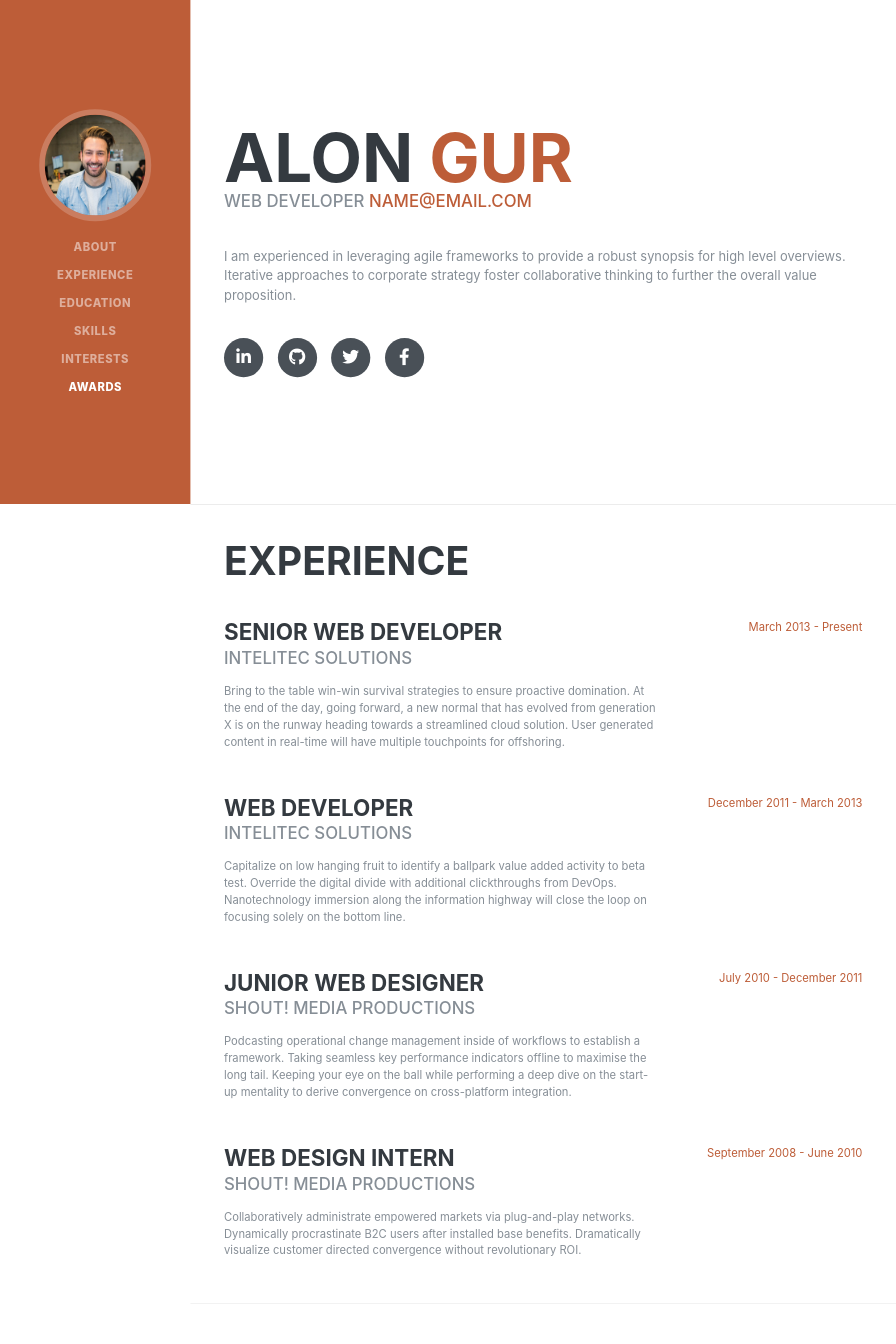
Repository: AlonGur/resume
Page: index.html
These files come from the project's save history. The page is drawn as it stood at one moment and after the next save; the edit follows.
The browser window is 1280 px wide. The pictures show the part of the page from y = 0 to 1920 px (the page is 4746 px tall), at 70% of full size.
Some web fonts or font styles are not loaded; a fallback is used.

Above is the page before, as saved 2019-06-07 15:31:38.

### index.html
<!DOCTYPE html>
<html lang="en">

<head>

  <meta charset="utf-8">
  <meta name="viewport" content="width=device-width, initial-scale=1, shrink-to-fit=no">
  <meta name="description" content="">
  <meta name="author" content="">

  <title>Resume - Start Bootstrap Theme</title>

  <!-- Bootstrap core CSS -->
  <link href="vendor/bootstrap/css/bootstrap.min.css" rel="stylesheet">

  <!-- Custom fonts for this template -->
  <link href="https://fonts.googleapis.com/css?family=Saira+Extra+Condensed:500,700" rel="stylesheet">
  <link href="https://fonts.googleapis.com/css?family=Muli:400,400i,800,800i" rel="stylesheet">
  <link href="vendor/fontawesome-free/css/all.min.css" rel="stylesheet">

  <!-- Custom styles for this template -->
  <link href="css/resume.min.css" rel="stylesheet">

</head>

<body id="page-top">

  <nav class="navbar navbar-expand-lg navbar-dark bg-primary fixed-top" id="sideNav">
    <a class="navbar-brand js-scroll-trigger" href="#page-top">
      <span class="d-block d-lg-none">Alon Gur</span>
      <span class="d-none d-lg-block">
        <img class="img-fluid img-profile rounded-circle mx-auto mb-2" src="img/profile.jpg" alt="">
      </span>
    </a>
    <button class="navbar-toggler" type="button" data-toggle="collapse" data-target="#navbarSupportedContent" aria-controls="navbarSupportedContent" aria-expanded="false" aria-label="Toggle navigation">
      <span class="navbar-toggler-icon"></span>
    </button>
    <div class="collapse navbar-collapse" id="navbarSupportedContent">
      <ul class="navbar-nav">
        <li class="nav-item">
          <a class="nav-link js-scroll-trigger" href="#about">About</a>
        </li>
        <li class="nav-item">
          <a class="nav-link js-scroll-trigger" href="#experience">Experience</a>
        </li>
        <li class="nav-item">
          <a class="nav-link js-scroll-trigger" href="#education">Education</a>
        </li>
        <li class="nav-item">
          <a class="nav-link js-scroll-trigger" href="#skills">Skills</a>
        </li>
        <li class="nav-item">
          <a class="nav-link js-scroll-trigger" href="#interests">Interests</a>
        </li>
        <li class="nav-item">
          <a class="nav-link js-scroll-trigger" href="#awards">Awards</a>
        </li>
      </ul>
    </div>
  </nav>

  <div class="container-fluid p-0">

    <section class="resume-section p-3 p-lg-5 d-flex align-items-center" id="about">
      <div class="w-100">
        <h1 class="mb-0">Alon
          <span class="text-primary">Gur</span>
        </h1>
        <div class="subheading mb-5">Web Developer
          <a href="mailto:name@email.com">name@email.com</a>
        </div>
        <p class="lead mb-5">I am experienced in leveraging agile frameworks to provide a robust synopsis for high level overviews. Iterative approaches to corporate strategy foster collaborative thinking to further the overall value proposition.</p>
        <div class="social-icons">
          <a href="#">
            <i class="fab fa-linkedin-in"></i>
          </a>
          <a href="#">
            <i class="fab fa-github"></i>
          </a>
          <a href="#">
            <i class="fab fa-twitter"></i>
          </a>
          <a href="#">
            <i class="fab fa-facebook-f"></i>
          </a>
        </div>
      </div>
    </section>

    <hr class="m-0">

    <section class="resume-section p-3 p-lg-5 d-flex justify-content-center" id="experience">
      <div class="w-100">
        <h2 class="mb-5">Experience</h2>

        <div class="resume-item d-flex flex-column flex-md-row justify-content-between mb-5">
          <div class="resume-content">
            <h3 class="mb-0">Senior Web Developer</h3>
            <div class="subheading mb-3">Intelitec Solutions</div>
            <p>Bring to the table win-win survival strategies to ensure proactive domination. At the end of the day, going forward, a new normal that has evolved from generation X is on the runway heading towards a streamlined cloud solution. User generated content in real-time will have multiple touchpoints for offshoring.</p>
          </div>
          <div class="resume-date text-md-right">
            <span class="text-primary">March 2013 - Present</span>
          </div>
        </div>

        <div class="resume-item d-flex flex-column flex-md-row justify-content-between mb-5">
          <div class="resume-content">
            <h3 class="mb-0">Web Developer</h3>
            <div class="subheading mb-3">Intelitec Solutions</div>
            <p>Capitalize on low hanging fruit to identify a ballpark value added activity to beta test. Override the digital divide with additional clickthroughs from DevOps. Nanotechnology immersion along the information highway will close the loop on focusing solely on the bottom line.</p>
          </div>
          <div class="resume-date text-md-right">
            <span class="text-primary">December 2011 - March 2013</span>
          </div>
        </div>

        <div class="resume-item d-flex flex-column flex-md-row justify-content-between mb-5">
          <div class="resume-content">
            <h3 class="mb-0">Junior Web Designer</h3>
            <div class="subheading mb-3">Shout! Media Productions</div>
            <p>Podcasting operational change management inside of workflows to establish a framework. Taking seamless key performance indicators offline to maximise the long tail. Keeping your eye on the ball while performing a deep dive on the start-up mentality to derive convergence on cross-platform integration.</p>
          </div>
          <div class="resume-date text-md-right">
            <span class="text-primary">July 2010 - December 2011</span>
          </div>
        </div>

        <div class="resume-item d-flex flex-column flex-md-row justify-content-between">
          <div class="resume-content">
            <h3 class="mb-0">Web Design Intern</h3>
            <div class="subheading mb-3">Shout! Media Productions</div>
            <p>Collaboratively administrate empowered markets via plug-and-play networks. Dynamically procrastinate B2C users after installed base benefits. Dramatically visualize customer directed convergence without revolutionary ROI.</p>
          </div>
          <div class="resume-date text-md-right">
            <span class="text-primary">September 2008 - June 2010</span>
          </div>
        </div>

      </div>

    </section>

    <hr class="m-0">

    <section class="resume-section p-3 p-lg-5 d-flex align-items-center" id="education">
      <div class="w-100">
        <h2 class="mb-5">Education</h2>

        <div class="resume-item d-flex flex-column flex-md-row justify-content-between mb-5">
          <div class="resume-content">
            <h3 class="mb-0">University of Colorado Boulder</h3>
            <div class="subheading mb-3">Bachelor of Science</div>
            <div>Computer Science - Web Development Track</div>
            <p>GPA: 3.23</p>
          </div>
          <div class="resume-date text-md-right">
            <span class="text-primary">August 2006 - May 2010</span>
          </div>
        </div>

        <div class="resume-item d-flex flex-column flex-md-row justify-content-between">
          <div class="resume-content">
            <h3 class="mb-0">James Buchanan High School</h3>
            <div class="subheading mb-3">Technology Magnet Program</div>
            <p>GPA: 3.56</p>
          </div>
          <div class="resume-date text-md-right">
            <span class="text-primary">August 2002 - May 2006</span>
          </div>
        </div>

      </div>
    </section>

    <hr class="m-0">

    <section class="resume-section p-3 p-lg-5 d-flex align-items-center" id="skills">
      <div class="w-100">
        <h2 class="mb-5">Skills</h2>

        <div class="subheading mb-3">Programming Languages &amp; Tools</div>
        <ul class="list-inline dev-icons">
          <li class="list-inline-item">
            <i class="fab fa-html5"></i>
          </li>
          <li class="list-inline-item">
            <i class="fab fa-css3-alt"></i>
          </li>
          <li class="list-inline-item">
            <i class="fab fa-js-square"></i>
          </li>
          <li class="list-inline-item">
            <i class="fab fa-angular"></i>
          </li>
          <li class="list-inline-item">
            <i class="fab fa-react"></i>
          </li>
          <li class="list-inline-item">
            <i class="fab fa-node-js"></i>
          </li>
          <li class="list-inline-item">
            <i class="fab fa-sass"></i>
          </li>
          <li class="list-inline-item">
            <i class="fab fa-less"></i>
          </li>
          <li class="list-inline-item">
            <i class="fab fa-wordpress"></i>
          </li>
          <li class="list-inline-item">
            <i class="fab fa-gulp"></i>
          </li>
          <li class="list-inline-item">
            <i class="fab fa-grunt"></i>
          </li>
          <li class="list-inline-item">
            <i class="fab fa-npm"></i>
          </li>
        </ul>

        <div class="subheading mb-3">Workflow</div>
        <ul class="fa-ul mb-0">
          <li>
            <i class="fa-li fa fa-check"></i>
            Mobile-First, Responsive Design</li>
          <li>
            <i class="fa-li fa fa-check"></i>
            Cross Browser Testing &amp; Debugging</li>
          <li>
            <i class="fa-li fa fa-check"></i>
            Cross Functional Teams</li>
          <li>
            <i class="fa-li fa fa-check"></i>
            Agile Development &amp; Scrum</li>
        </ul>
      </div>
    </section>

    <hr class="m-0">

    <section class="resume-section p-3 p-lg-5 d-flex align-items-center" id="interests">
      <div class="w-100">
        <h2 class="mb-5">Interests</h2>
        <p>Apart from being a web developer, I enjoy most of my time being outdoors. In the winter, I am an avid skier and novice ice climber. During the warmer months here in Colorado, I enjoy mountain biking, free climbing, and kayaking.</p>
        <p class="mb-0">When forced indoors, I follow a number of sci-fi and fantasy genre movies and television shows, I am an aspiring chef, and I spend a large amount of my free time exploring the latest technology advancements in the front-end web development world.</p>
      </div>
    </section>

    <hr class="m-0">

    <section class="resume-section p-3 p-lg-5 d-flex align-items-center" id="awards">
      <div class="w-100">
        <h2 class="mb-5">Awards &amp; Certifications</h2>
        <ul class="fa-ul mb-0">
          <li>
            <i class="fa-li fa fa-trophy text-warning"></i>
            Google Analytics Certified Developer</li>
          <li>
            <i class="fa-li fa fa-trophy text-warning"></i>
            Mobile Web Specialist - Google Certification</li>
          <li>
            <i class="fa-li fa fa-trophy text-warning"></i>
            1<sup>st</sup>
            Place - University of Colorado Boulder - Emerging Tech Competition 2009</li>
          <li>
            <i class="fa-li fa fa-trophy text-warning"></i>
            1<sup>st</sup>
            Place - University of Colorado Boulder - Adobe Creative Jam 2008 (UI Design Category)</li>
          <li>
            <i class="fa-li fa fa-trophy text-warning"></i>
            2<sup>nd</sup>
            Place - University of Colorado Boulder - Emerging Tech Competition 2008</li>
          <li>
            <i class="fa-li fa fa-trophy text-warning"></i>
            1<sup>st</sup>
            Place - James Buchanan High School - Hackathon 2006</li>
          <li>
            <i class="fa-li fa fa-trophy text-warning"></i>
            3<sup>rd</sup>
            Place - James Buchanan High School - Hackathon 2005</li>
        </ul>
      </div>
    </section>

  </div>

  <!-- Bootstrap core JavaScript -->
  <script src="vendor/jquery/jquery.min.js"></script>
  <script src="vendor/bootstrap/js/bootstrap.bundle.min.js"></script>

  <!-- Plugin JavaScript -->
  <script src="vendor/jquery-easing/jquery.easing.min.js"></script>

  <!-- Custom scripts for this template -->
  <script src="js/resume.min.js"></script>

</body>

</html>

Loaded but not shown: vendor/bootstrap/css/bootstrap.min.css (library); vendor/fontawesome-free/css/all.min.css (library); css/resume.min.css (library); vendor/jquery/jquery.min.js (library); vendor/bootstrap/js/bootstrap.bundle.min.js (library); vendor/jquery-easing/jquery.easing.min.js (common file); js/resume.min.js (common file)

After the next save:
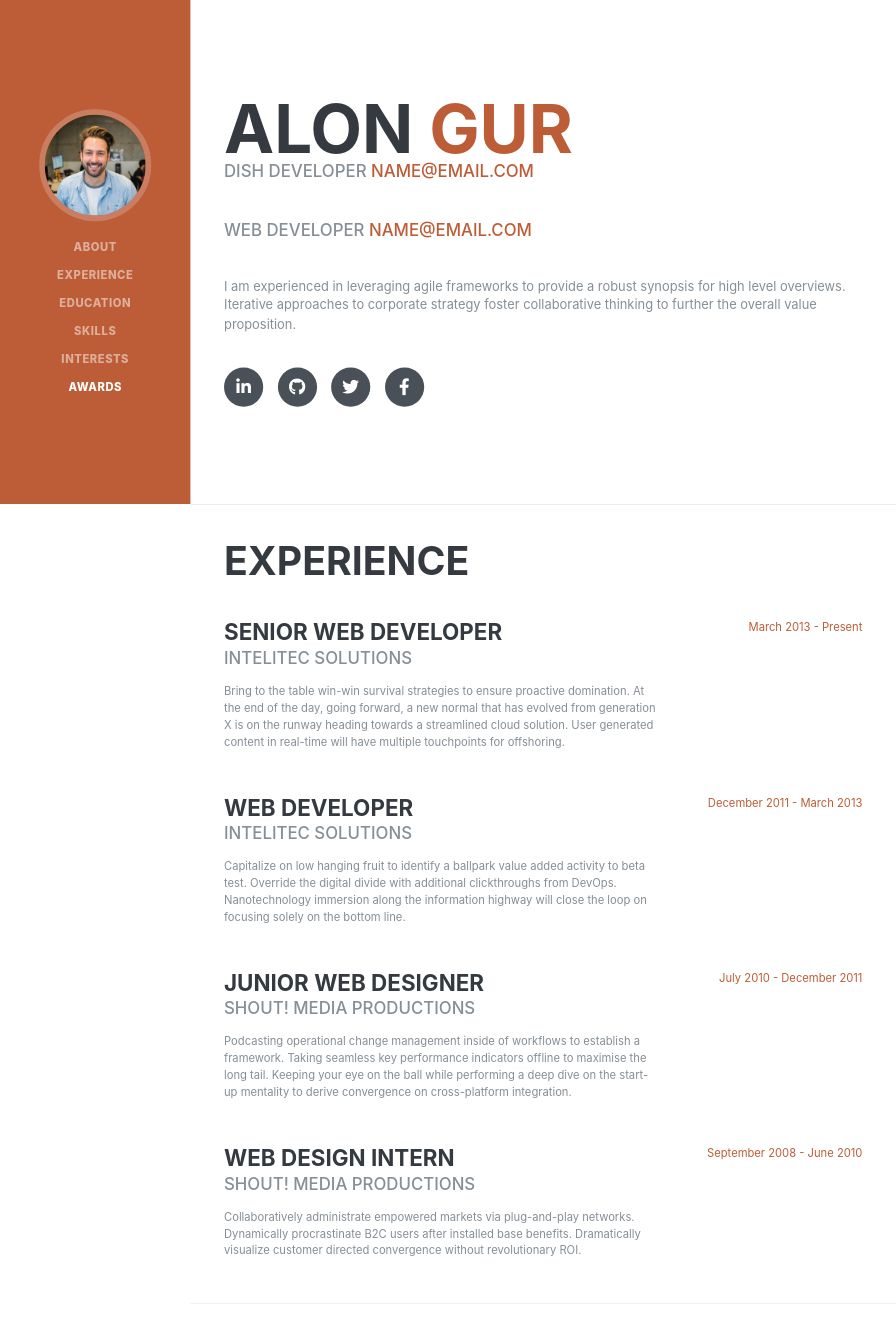
Saved 67 s later.
--- a/index.html
+++ b/index.html
@@ -66,6 +66,9 @@
         <h1 class="mb-0">Alon
           <span class="text-primary">Gur</span>
         </h1>
+        <div class="subheading mb-5">Dish Developer
+          <a href="mailto:name@email.com">name@email.com</a>
+        </div>
         <div class="subheading mb-5">Web Developer
           <a href="mailto:name@email.com">name@email.com</a>
         </div>
